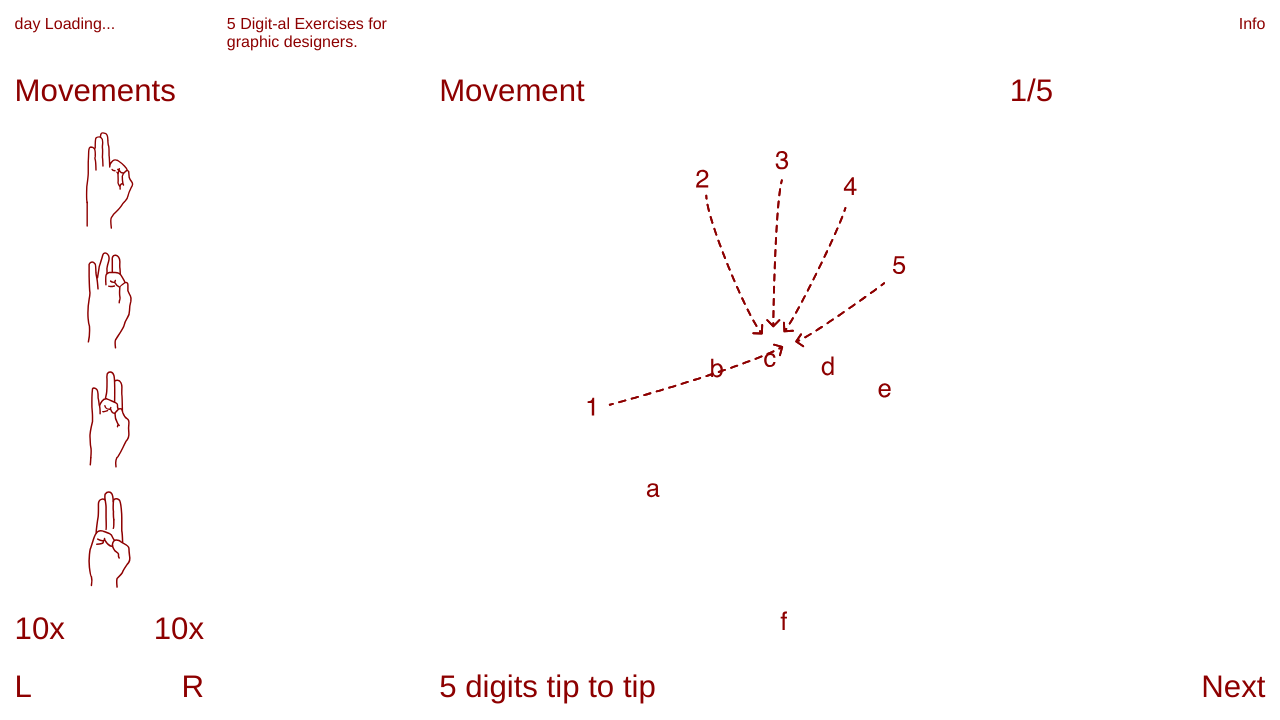
Repository: NoIdeasStudio/holiday-card-2024
Page: movements.html
The author's editor kept a copy of each file at every save. The page is drawn from the files as they stood at one save, then again after the next save.
The browser window is 1280 px wide. The pictures show the whole page.

Above is the page before, as saved 2024-12-12 16:32:55.

After the next save:
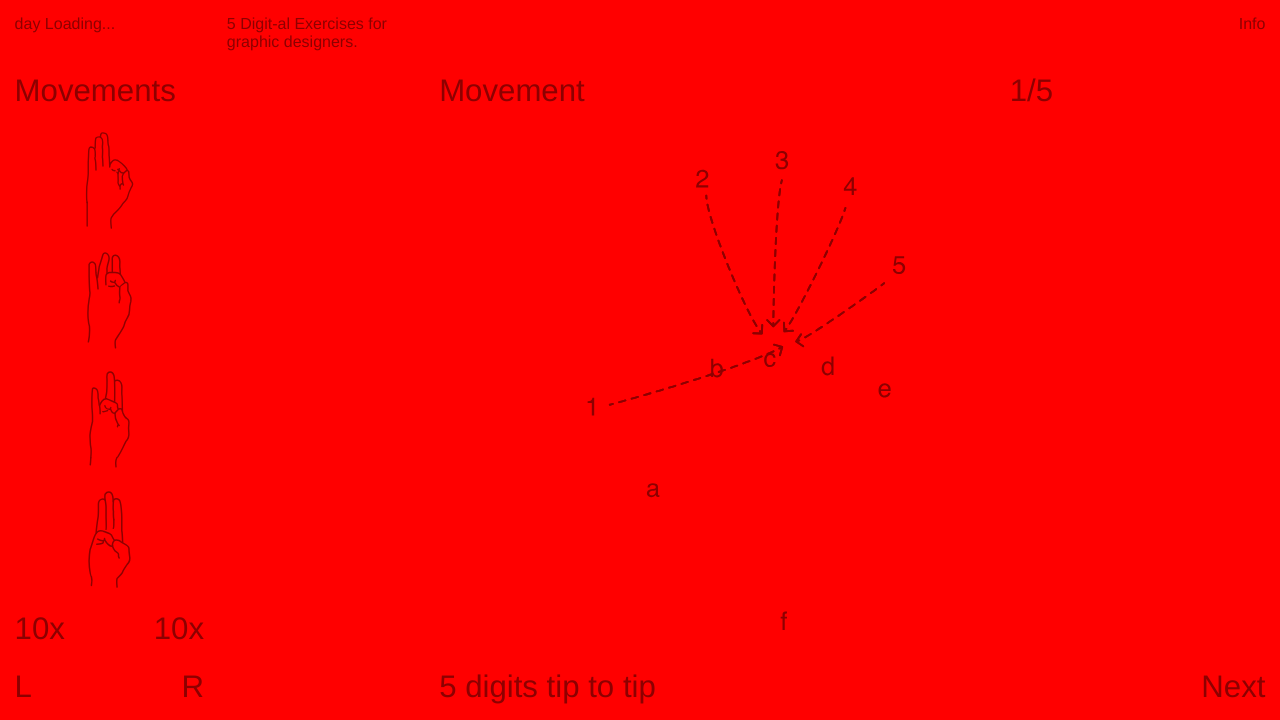
Saved 7 s later.
--- a/movements.html
+++ b/movements.html
@@ -5,6 +5,9 @@
     <meta name="viewport" content="width=device-width, initial-scale=1.0">
     <title>digit-al exercises</title>
     <link rel="stylesheet" href="style.css">
+    <style>
+        body {background-color:red;}
+    </style>
 </head>
 <body>
 
